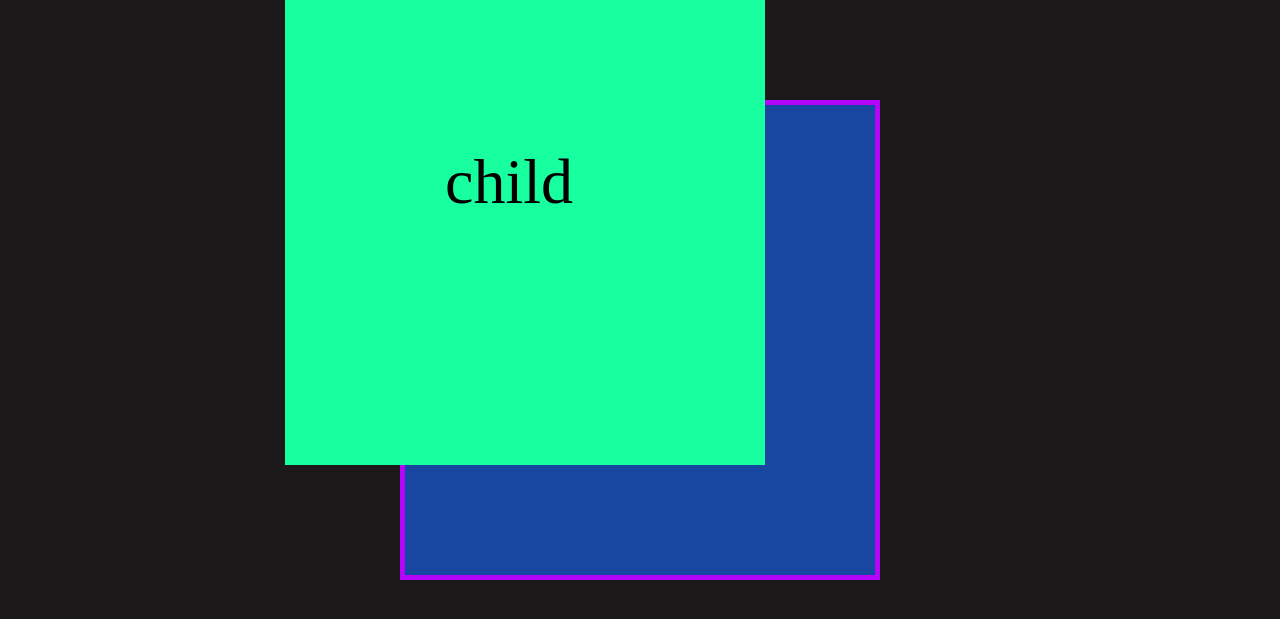
Repository: badhon252/revision
Page: Day-5/index.html
The author's editor kept a copy of each file at every save. The page is drawn from the files as they stood at one save, then again after the next save.
The browser window is 1280 px wide. The pictures show the whole page.
The pointer rests on the first visible `.parent`.

Above is the page before, as saved 2022-02-11 23:00:05.

After the next save:
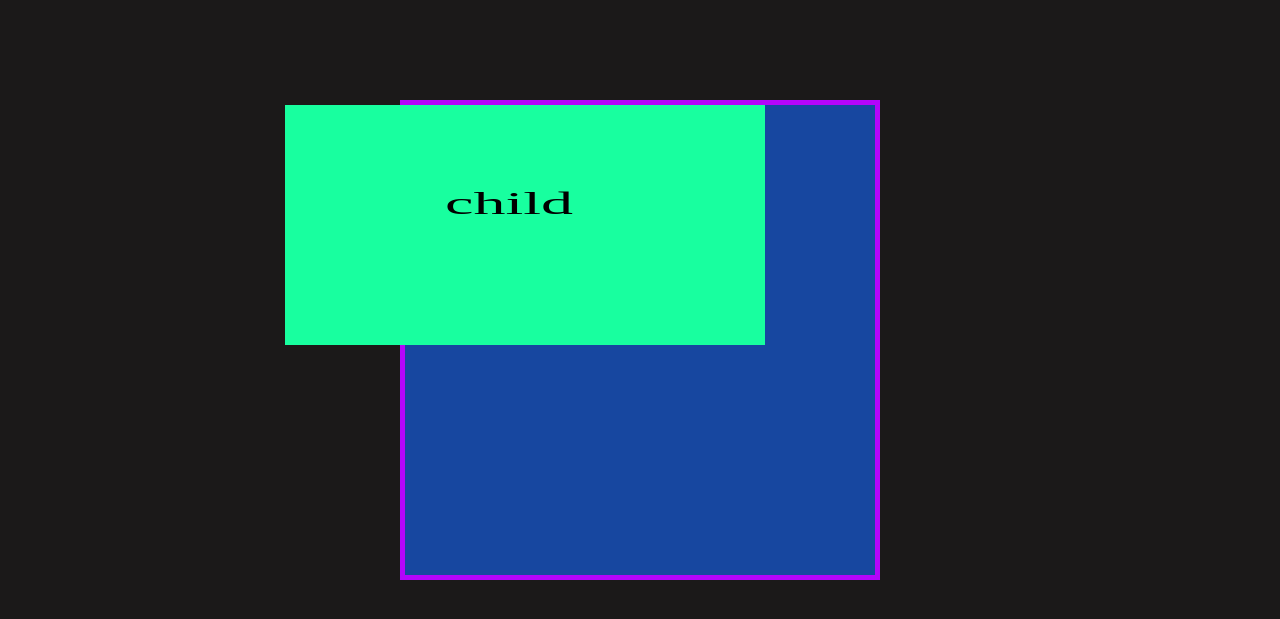
Saved 17 s later.
--- a/Day-5/index.css
+++ b/Day-5/index.css
@@ -25,5 +25,5 @@
 .parent:hover .child {
   background-color: rgb(24, 255, 159);
   transform: translateX(100%);
-  transform: scale(2, 2);
+  transform: scaleX(2);
 }

After the save that followed:
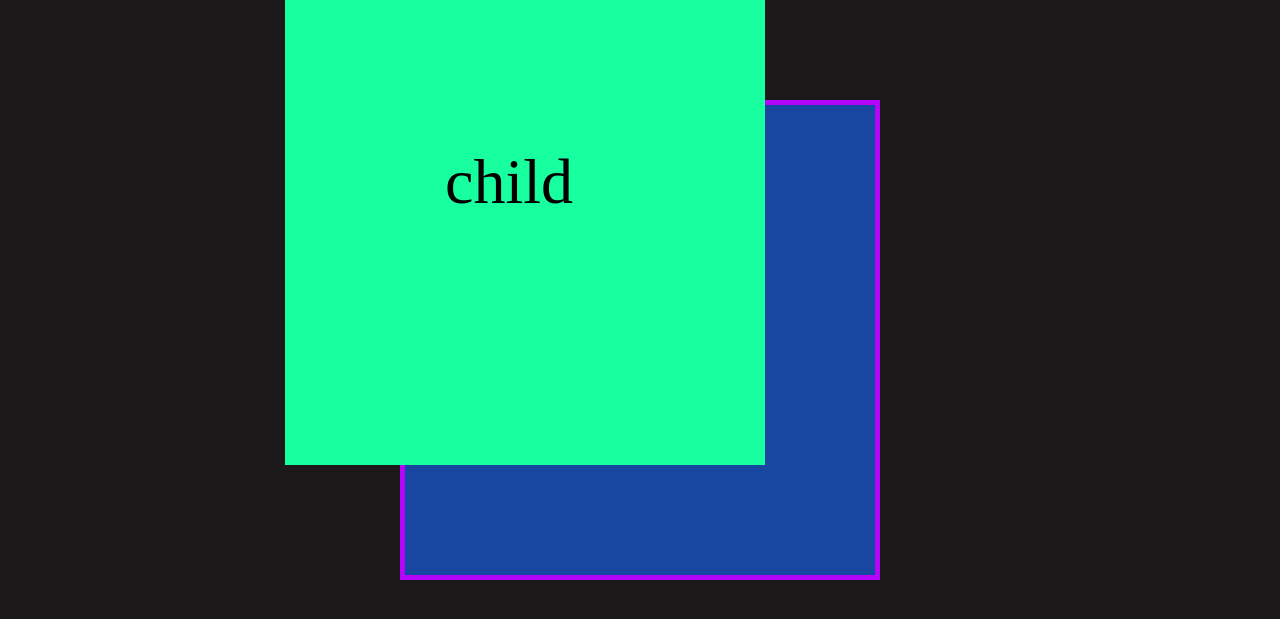
Saved 8 s later.
--- a/Day-5/index.css
+++ b/Day-5/index.css
@@ -25,5 +25,5 @@
 .parent:hover .child {
   background-color: rgb(24, 255, 159);
   transform: translateX(100%);
-  transform: scaleX(2);
+  transform: scale(2);
 }
